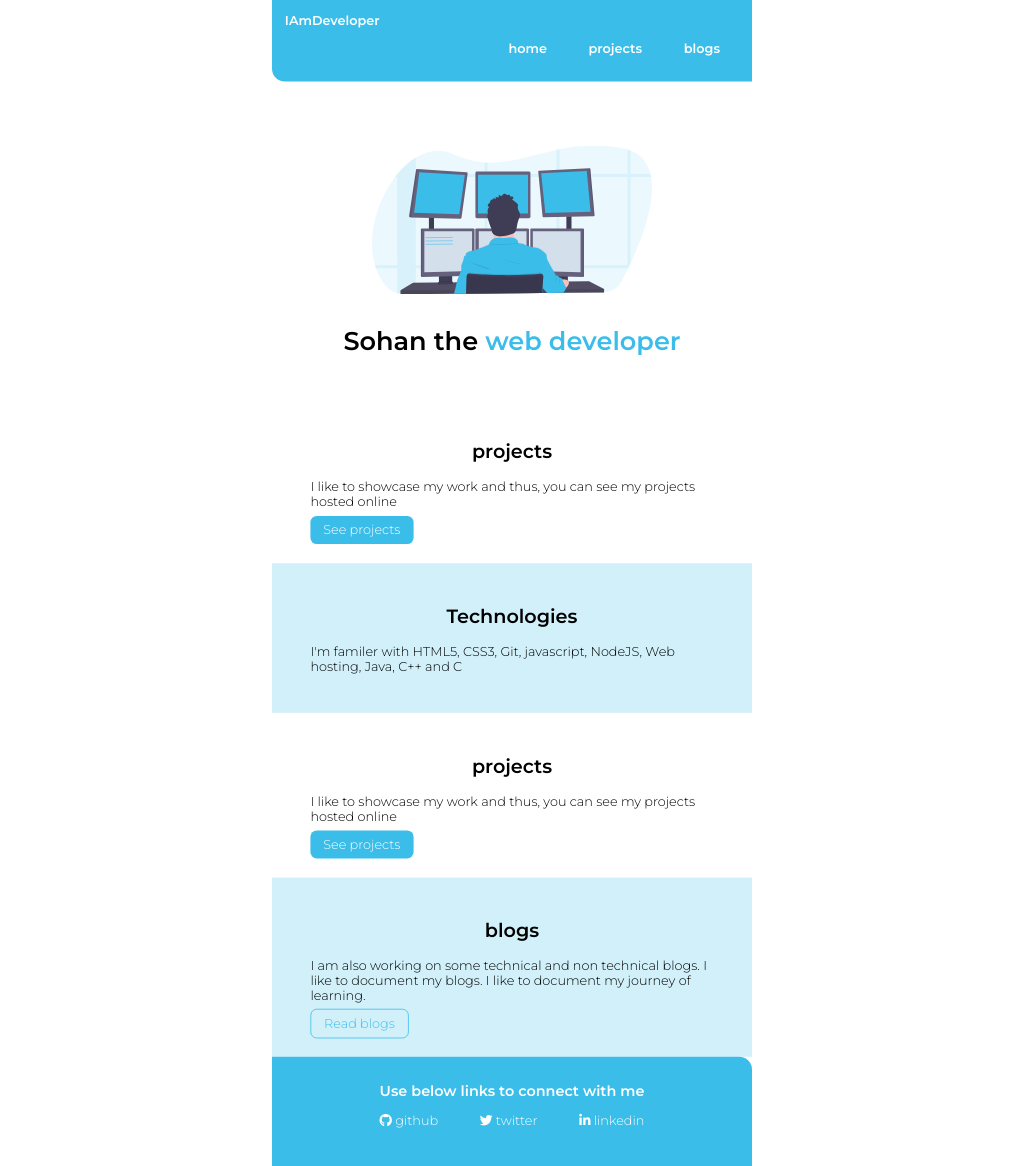
Repository: sohan2503001/Portfolio
Page: index.html
An editor plug-in stored every save of this project. The page is shown before and after the next save, followed by the edit.
The browser window is 1280 px wide. The pictures show the whole page, at 80% of full size.

Above is the page before, as saved 2021-04-06 20:18:20.

### index.html
<!DOCTYPE html>
<html lang="en">

<head>
  <meta charset="UTF-8" />
  <meta name="viewport" content="width=device-width, initial-scale=1.0" />
  <title>home | Sohan Jambhule</title>
  <link rel="stylesheet" href="style.css" />
  <link rel="stylesheet" href="https://cdnjs.cloudflare.com/ajax/libs/font-awesome/5.15.1/css/all.min.css">
  <link rel="icon" href="images/favicon.svg" sizes="any" type="image/svg+xml">

</head>

<body>

  <nav class="navigation container">
    <div class="nav-brand">IAmDeveloper</div>
    <ul class="list-non-bullet nav-pills">
      <li class="list-item-inline">
        <a class="link link-active" href="/">home</a>
      </li>
      <li class="list-item-inline">
        <a class="link link-active" href="projects.html">projects</a>
      </li>
      <li class="list-item-inline">
        <a class="link link-active" href="blogs.html">blogs</a>
      </li>
    </ul>
  </nav>

  <header class="hero">
    <img class="hero-img" src="images/hero.svg" alt="" />
    <h1 class="hero-heading">
      Sohan the <span class="heading-inverted"> web developer</span>
    </h1>
  </header>

  <section class="section">
    <div class="container container-center">
      <h1>projects</h1>
      <p>
        I like to showcase my work and thus, you can see my projects hosted
        online
      </p>
      <a class="link link-primary" href="projects.html">See projects</a>
    </div>
  </section>

  <section class="section ow">
    <div class="container container-center">
      <h1>Technologies</h1>
      <p>
        I'm familer with HTML5, CSS3, Git, javascript, NodeJS, Web hosting,
        Java, C++ and C
      </p>
    </div>
  </section>

  <section class="section">
    <div class="container container-center">
      <h1>projects</h1>
      <p>
        I like to showcase my work and thus, you can see my projects hosted
        online
      </p>
      <a class="link link-primary" href="projects.html">See projects</a>
    </div>
  </section>

  <section class="section ow">
    <div class="container container-center">
      <h1>blogs</h1>
      <p>
        I am also working on some technical and non technical blogs. I like to
        document my blogs. I like to document my journey of learning.
      </p>
      <a class="link link-secondary" href="blogs.html">Read blogs</a>
    </div>
  </section>

  <footer class="footer">
    <div class="footer-header">Use below links to connect with me</div>
    <ul class="social-links list-non-bullet">
      <li class="list-item-inline">
        <a class="link" href="https://github.com/sohan2503001" target="_blank"><i class="fab fa-github" aria-hidden="true"></i>
          github
        </a>
      </li>
      <li class="list-item-inline">
        <a class="link" href="https://twitter.com/JambhuleSohan" target="_blank"><i class="fab fa-twitter"></i>
          twitter
        </a>
      </li>
      <li class="list-item-inline">
        <a class="link" href="https://www.linkedin.com/in/sohan-jambhule-144528198/" target="_blank"><i class="fab fa-linkedin-in"></i>
          linkedin
        </a>
      </li>

    </ul>
  </footer>

</body>

</html>

### style.css
@import url('https://fonts.googleapis.com/css2?family=Montserrat:wght@300;600&display=swap');

:root{
    --primary-color: #3BBDEA;
    --dark-gray: #4B5563;
    --off-white: #d1f0fa;
}

body {
    font-family: 'Montserrat', sans-serif;
    margin: auto;
    max-width: 600px;
    width: 100%;
}

hr{
    margin: 2rem 0rem;
}

/** container **/
.container{
    padding: 0rem 1rem;
}

.container-center{
    max-width: 600px;
    margin: auto;
}

/** links **/
.link{
    text-decoration: none;
    padding: 0.5rem 1rem;
    /*margin: 1rem 0rem 1rem 0rem;*/
}

.link-primary{
    background-color: var(--primary-color);
    border-radius: 0.5rem;
    color:white;
}

.link-secondary{
    color: var(--primary-color);
    border-radius: 0.5rem;
    border: 1px solid var(--primary-color);
}

/** lists **/

.list-non-bullet{
    list-style: none;
}

.list-item-inline{
    display: inline;
    padding: 0rem 0.5rem;
}

/** navigation **/

.navigation{
    background-color: var(--primary-color);
    color: white;
    padding: 1rem;
    border-bottom-left-radius: 1rem;
}

.navigation .nav-brand{
    font-weight: bold;
}

.navigation .nav-pills{
    text-align: right;
}

.navigation .link{
    color: white;
}

.navigation .link-active{
    font-weight: bold;
}

/**header **/

.hero{
    padding: 2rem;
    padding-top: 5rem;
}

.hero .hero-img{
    max-width: 350px;
    display: block;
    margin: auto;
}

.hero .hero-heading{
    padding-top: 1rem;
    color: var(--dark-red);
    text-align: center;
}

.hero .hero-heading .heading-inverted{
    color: var(--primary-color)
}

/** section **/
.section{
    padding: 2rem;
}

.section h1{
    text-align: center;
}

.ow {
    background-color: var(--off-white);
}

/**footer **/

.footer{
    background-color: var(--primary-color);
    padding: 2rem 1rem;
    text-align: center;
    color: white;
    border-top-right-radius: 1rem;
    position: relative;
}

.footer .link{
    color: white;
}

.footer .footer-header{
    font-weight: bold;
    font-size: large;
}

.footer ul{
    padding-inline-start: 0px;
}

After the next save:
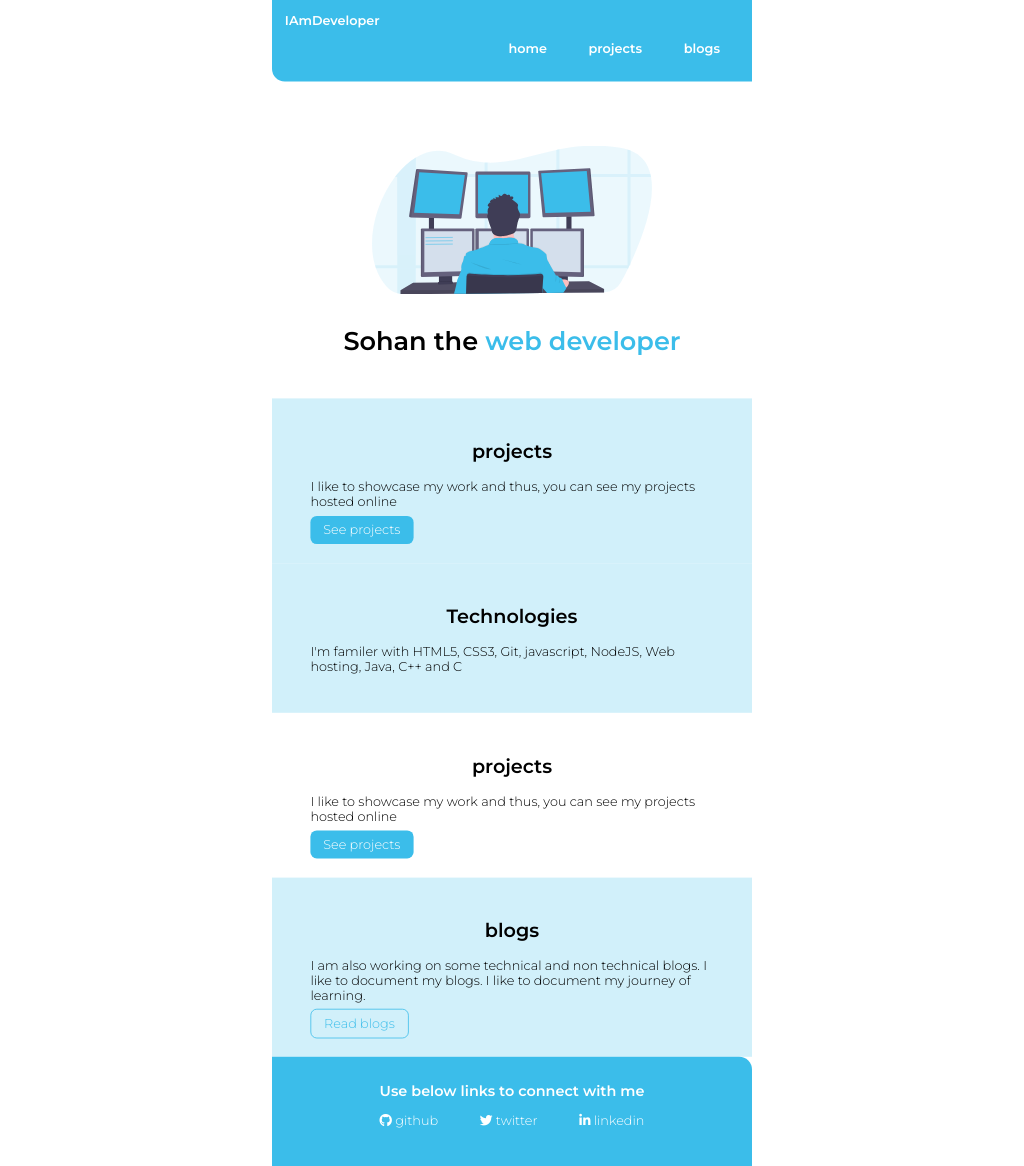
Saved 10 s later.
--- a/index.html
+++ b/index.html
@@ -35,7 +35,7 @@
     </h1>
   </header>
 
-  <section class="section">
+  <section class="section ow">
     <div class="container container-center">
       <h1>projects</h1>
       <p>
